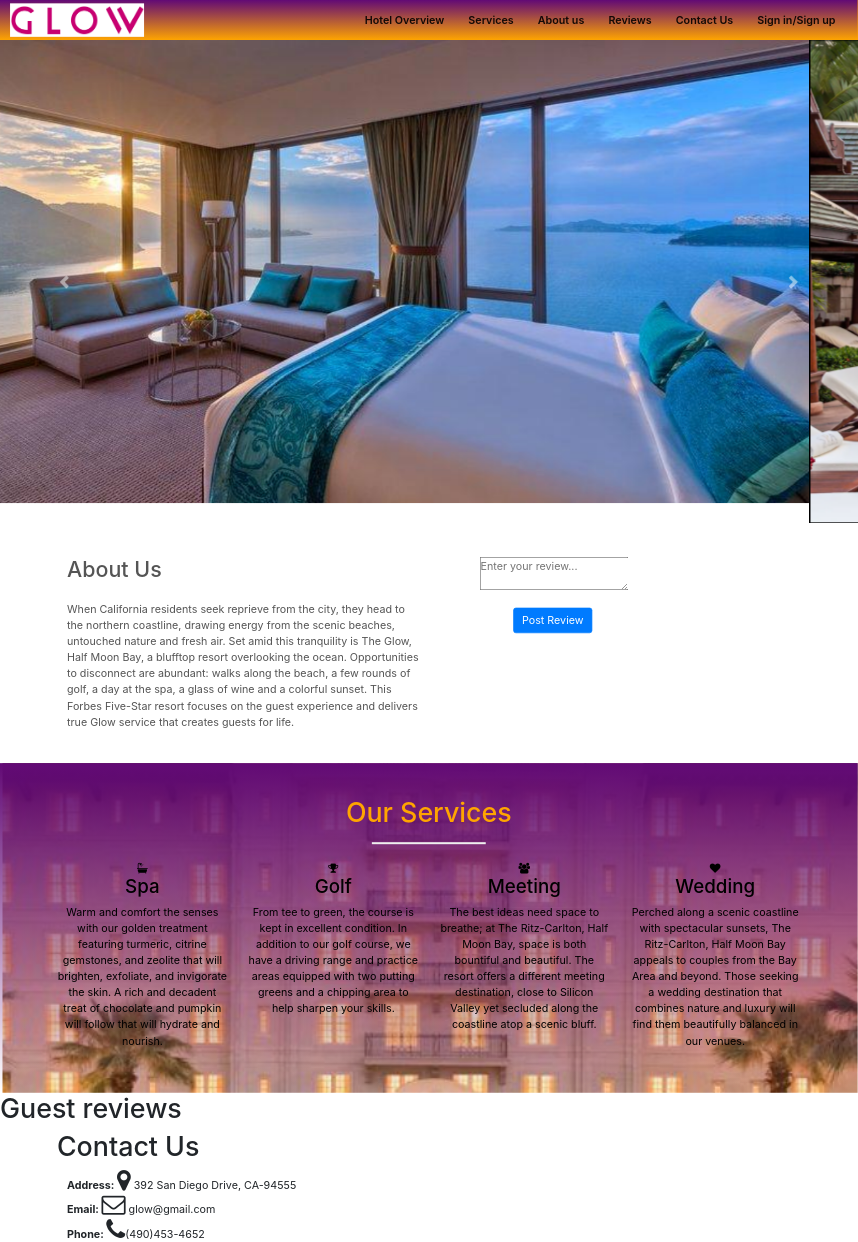
Repository: M-p1998/solo-dojo-project
Page: http://localhost/hotel/WEB-INF/hotel/home.jsp
These files come from the project's save history. The page is drawn as it stood at one moment and after the next save; the edit follows.
The browser window is 1280 px wide. The pictures show the whole page, at 67% of full size.
Backgrounds fixed to the window are drawn as part of the page. Some web libraries are served in a nearby version. The page is served by Tomcat 9. Nobody is signed in. The template is opened directly, without the code that normally fills it, so the values that code supplies are empty.

Above is the page before, as saved 2022-02-13 17:19:15.

After the next save:
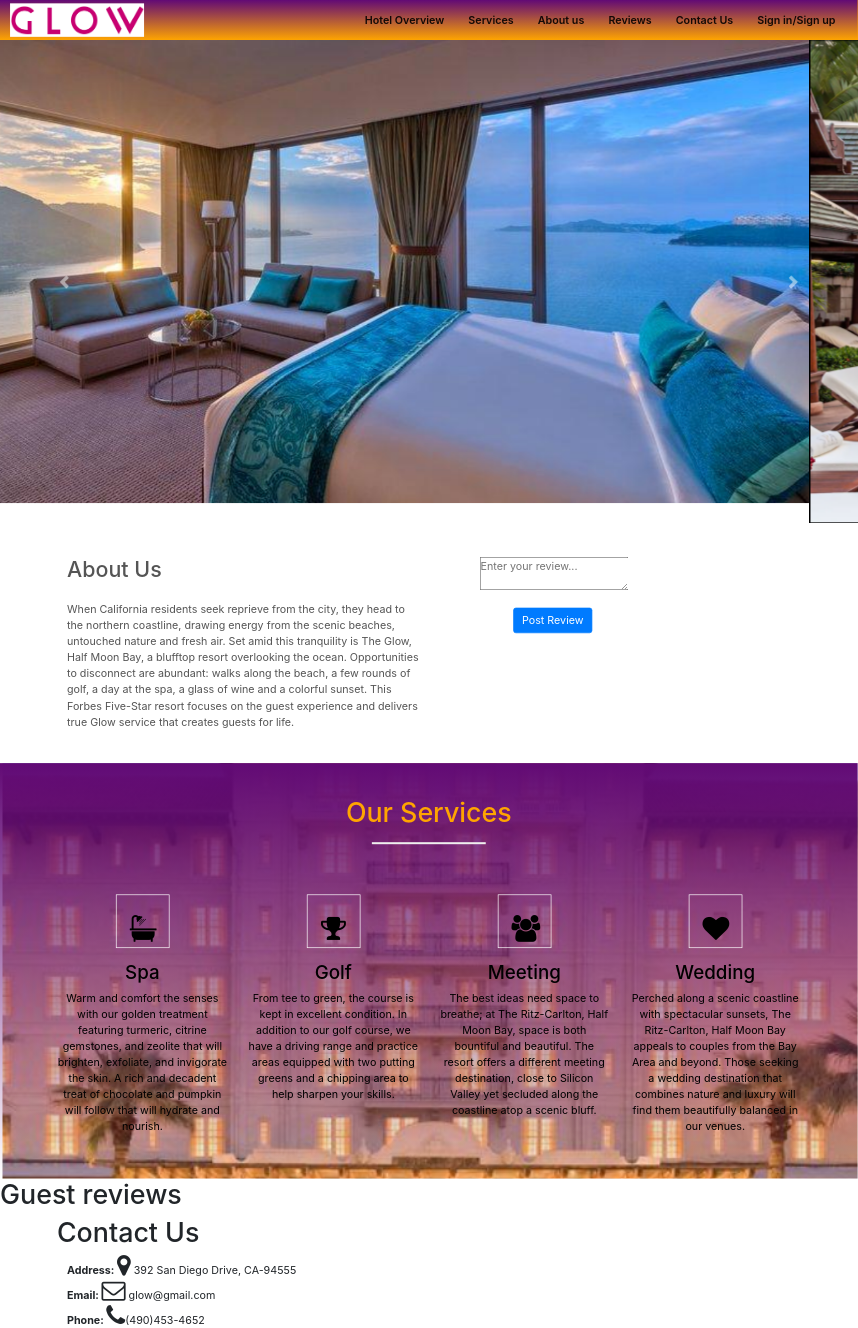
Saved 40 min 26 s later.
--- a/hotel/src/main/webapp/css/home.css
+++ b/hotel/src/main/webapp/css/home.css
@@ -91,6 +91,19 @@ body{
 	margin: 20px auto 5px;
 }
 
+.services{
+	margin-top: 40px;
+}
+
+.icon{
+	font-size: 40px;
+	margin: 20px auto;
+	padding: 20px;
+	height: 80px;
+	width: 80px;
+	border: 1px solid #fff;
+}
+
 /* .skills-bar p{
 	margin-bottom: 6px;
 	font-weight: 600;
